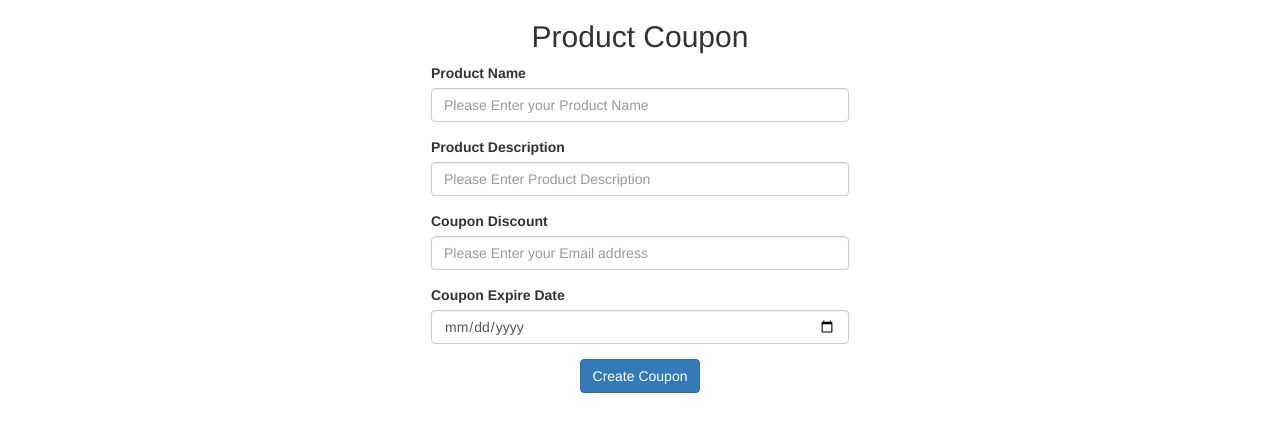
Repository: krutishilp/Sample
Page: http://localhost/couponandproductproject/createProduct.jsp
An editor plug-in stored every save of this project. The page is shown before and after the next save, followed by the edit.
The browser window is 1280 px wide. The pictures show the whole page.
The page is served by Tomcat 9.

Above is the page before, as saved 2020-09-04 06:38:38.

After the next save:
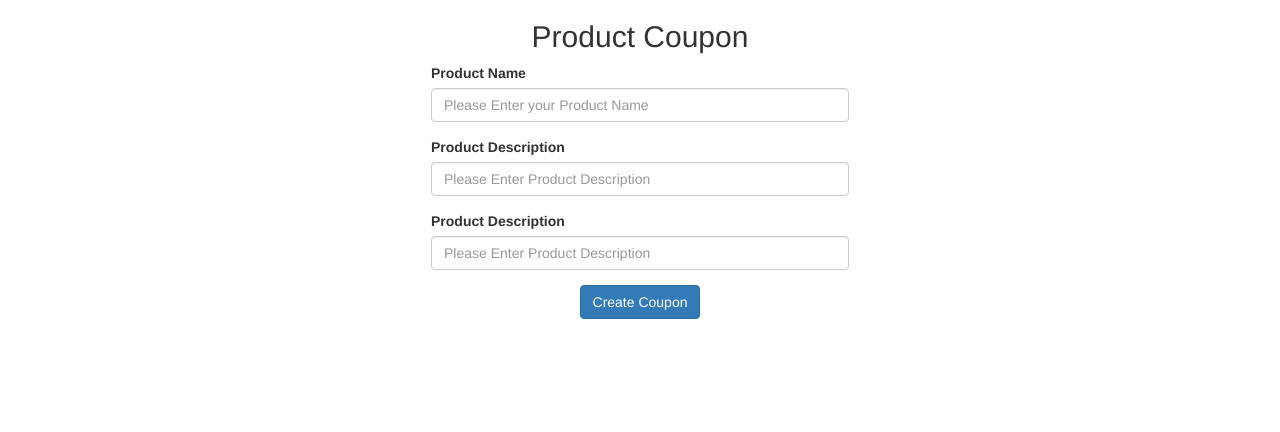
Saved 16 s later.
--- a/JAVA-Eclipse-workspace/couponandproductproject/src/main/webapp/createProduct.jsp
+++ b/JAVA-Eclipse-workspace/couponandproductproject/src/main/webapp/createProduct.jsp
@@ -34,15 +34,11 @@
 			</div>
 
 			<div class="form-group">
-				<label for="coupondiscount">Coupon Discount</label> <input type="number"
-					class="form-control" name="couponDiscount" id="coupondiscount" required
-					placeholder="Please Enter your Email address">
+				<label for="pdescription">Product Description</label> <input type="text"
+					class="form-control" name="productDescription" id="pdescription" required
+					placeholder="Please Enter Product Description">
 			</div>
 
-			<div class="form-group">
-				<label for="couponEXPDate">Coupon Expire Date</label> <input type="date"
-					class="form-control" name="couponExpiryDate" id="couponEXPDate" required>
-			</div>
 			<div class="form-group">
 				<input type="hidden"
 					class="form-control" name="action" value="createCoupon" required>
